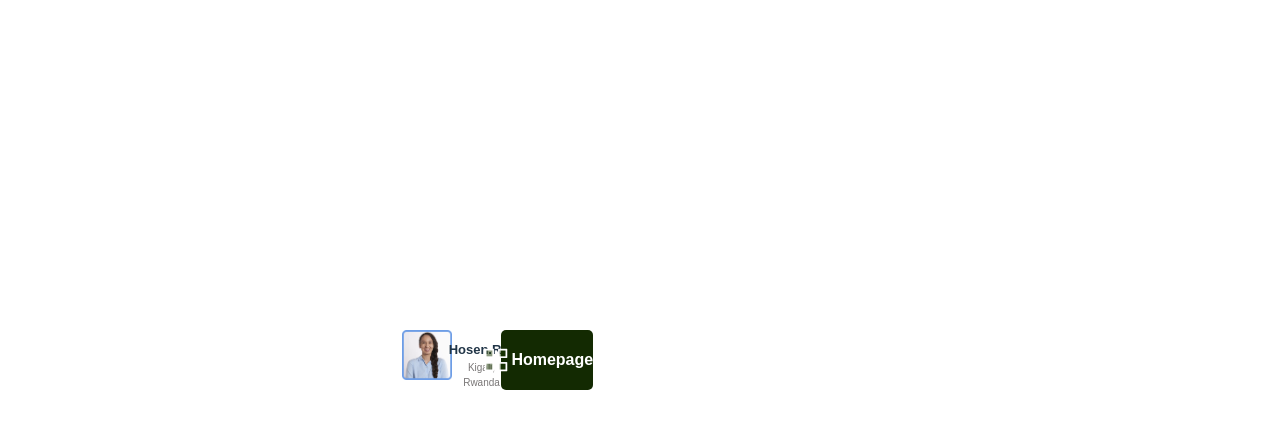
Repository: Auda-frontend/Kenshikeza
Page: /
The author's editor kept a copy of each file at every save. The page is drawn from the files as they stood at one save, then again after the next save.
The browser window is 1280 px wide. The pictures show the whole page.
The project was rebuilt for these pictures with package versions that can differ from the ones it lists, and the page was loaded fresh each time. Also part of the build but not shown: vite.config.js.

Above is the page before, as saved 2024-01-25 09:42:30.

After the next save:
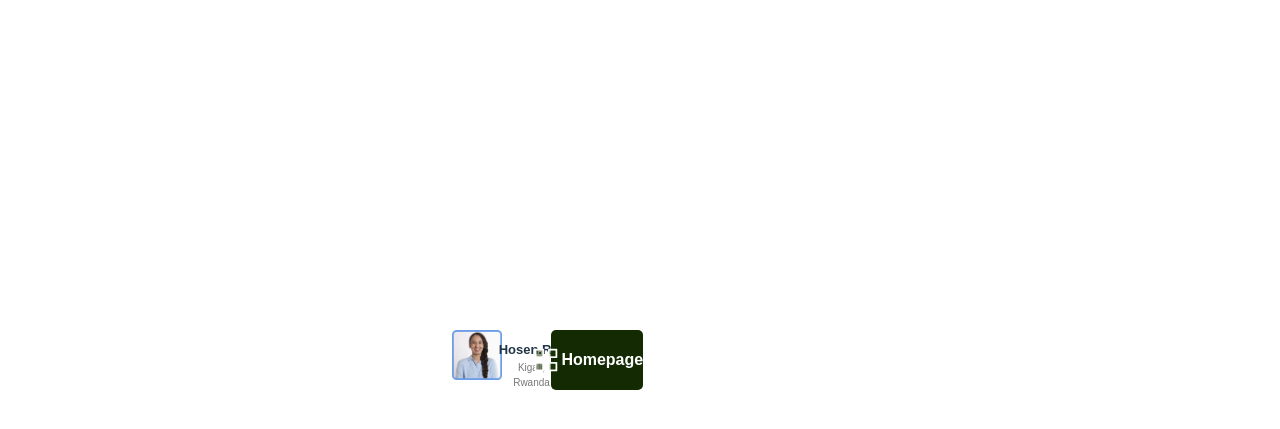
Saved 22 s later.
--- a/src/Components/SideBar.css
+++ b/src/Components/SideBar.css
@@ -37,7 +37,7 @@
 }
 .homepage{
 background-color: #132A02;
-width: 300px;
+width: 200px;
 display: flex;
 align-items: center;
 border-radius: 5px;
